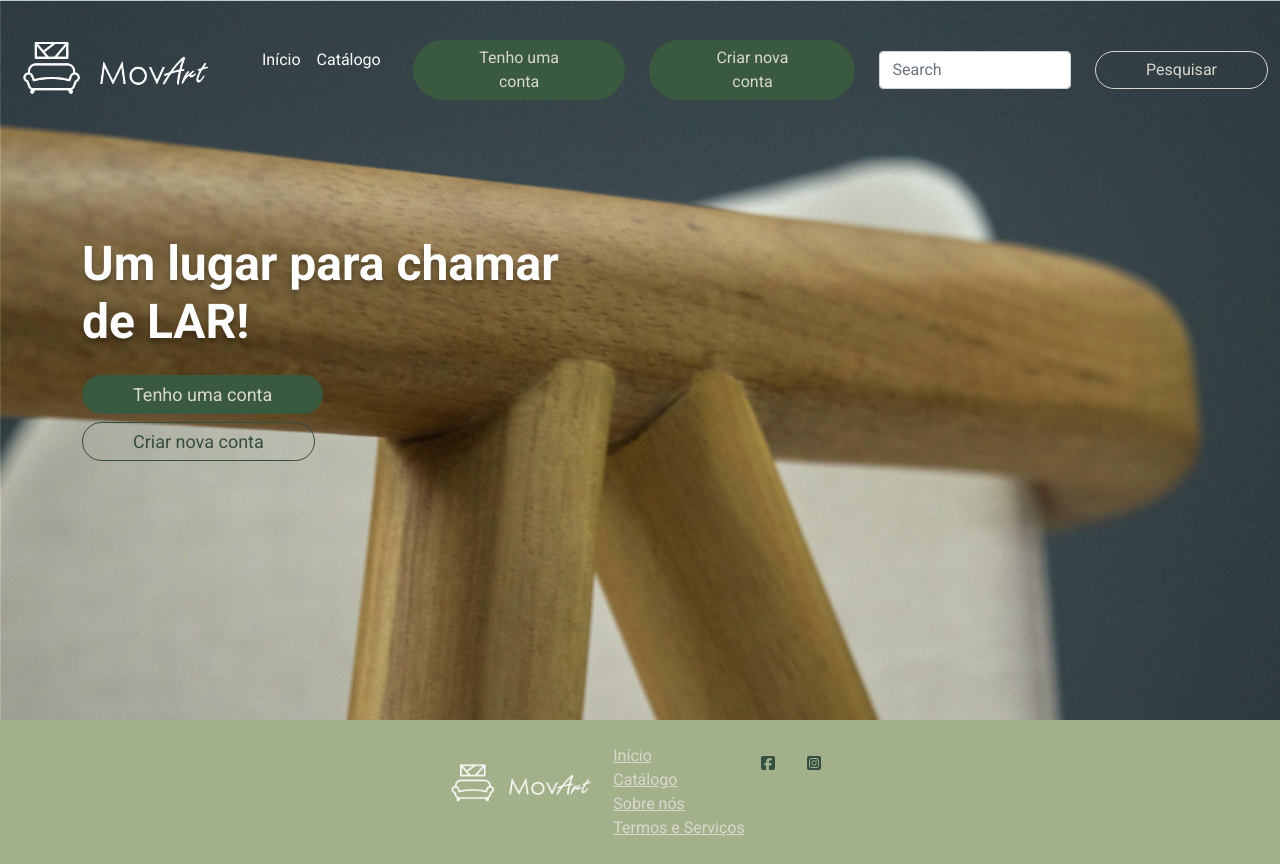
Repository: telesbp/Projeto-4-e-Projeto-5
Page: / (app in front-end/)
An editor plug-in stored every save of this project. The page is shown before and after the next save, followed by the edit.
The browser window is 1280 px wide. The pictures show the whole page.
The project was rebuilt for these pictures with package versions that can differ from the ones it lists, and the page was loaded fresh each time.

Above is the page before, as saved 2022-07-17 21:55:39.

### front-end/public/index.html
<!DOCTYPE html>
<html lang="pt-BR">
  <head>
    <meta charset="utf-8" />
    <link rel="icon" href="%PUBLIC_URL%/favicon.ico" />
    <meta name="viewport" content="width=device-width, initial-scale=1" />
    <meta name="theme-color" content="#000000" />
    <meta
      name="description"
      content="Seu negócio automatizado!"
    />
    <link rel="apple-touch-icon" href="%PUBLIC_URL%/logo192.png" />
    <!--
      manifest.json provides metadata used when your web app is installed on a
      user's mobile device or desktop. See https://developers.google.com/web/fundamentals/web-app-manifest/
    -->
    <link rel="manifest" href="%PUBLIC_URL%/manifest.json" />
    <!--
      Notice the use of %PUBLIC_URL% in the tags above.
      It will be replaced with the URL of the `public` folder during the build.
      Only files inside the `public` folder can be referenced from the HTML.

      Unlike "/favicon.ico" or "favicon.ico", "%PUBLIC_URL%/favicon.ico" will
      work correctly both with client-side routing and a non-root public URL.
      Learn how to configure a non-root public URL by running `npm run build`.
    -->
    <title>Stagio</title>

    <link rel="preconnect" href="https://fonts.googleapis.com">
    <link rel="preconnect" href="https://fonts.gstatic.com" crossorigin>
    <link href="https://fonts.googleapis.com/css2?family=Roboto:wght@400;700&display=swap" rel="stylesheet">
  </head>
  <body>
    <noscript>You need to enable JavaScript to run this app.</noscript>
    <div id="root"></div>
    <!--
      This HTML file is a template.
      If you open it directly in the browser, you will see an empty page.

      You can add webfonts, meta tags, or analytics to this file.
      The build step will place the bundled scripts into the <body> tag.

      To begin the development, run `npm start` or `yarn start`.
      To create a production bundle, use `npm run build` or `yarn build`.
    -->
  </body>
</html>

### front-end/src/index.tsx
import React from 'react';
import ReactDOM from 'react-dom/client';
import App from './App';
import 'bootstrap/dist/css/bootstrap.min.css';
import { BrowserRouter } from 'react-router-dom';
import 'react-toastify/dist/ReactToastify.css';
import { ToastContainer } from 'react-toastify';
import { GlobalStyle } from './assets/css/global';

const root = ReactDOM.createRoot(
  document.getElementById('root') as HTMLElement
);
root.render(
  <React.StrictMode>
    <BrowserRouter>
    <GlobalStyle/>
      <App />
      <ToastContainer/>
    </BrowserRouter>
  </React.StrictMode>
);

### front-end/src/App.tsx
import { HomeView } from "./views/Home";

function App() {
  return (
    <HomeView/>
  );
}

export default App;

### front-end/src/assets/css/global.ts
import { createGlobalStyle } from "styled-components";

export const GlobalStyle = createGlobalStyle`
    body{
       font-family: 'Roboto', sans-serif;
    }
`

### front-end/src/views/Home/index.tsx
import { Container } from "react-bootstrap";
import styled from "styled-components";
import bgSite from "../../assets/img/cadeira1.png"
import { CustomButton } from "../../components/CustomButton";
import { Layout } from "../../components/Layout";

export function HomeView(){
    return(
        <Layout>
            <Banner className="vh-100">
                <Container className="h-100 d-flex flex-column justify-content-center align-items-center align-items-lg-start">
                    <Title className="text-center text-white text-lg-start mt-auto mt-lg-0 ">Um lugar para chamar de LAR!</Title>
                    <CustomButton size="lg" to="login" variant="primary" className="mt-auto mt-lg-3 mb-2">Tenho uma conta</CustomButton>
                    <CustomButton size="lg" to="cadastro" variant="outline-primary" className="mb-4">Criar nova conta</CustomButton>
                </Container>
            </Banner>
        </Layout>
    )
}

const Banner = styled.div`
    background: url(${bgSite}) no-repeat center center;
    background-size: cover;
`
const Title = styled.h1`
    font-size: 2.25rem;
    font-weight: bold;
    text-shadow: 0 4px 4px rgba(0, 0, 0, 0.25);
    @media (min-width: 992px){
        font-size: 3rem;
        max-width: 500px;
    }
`

### front-end/src/components/CustomButton/index.tsx
import { Button, ButtonProps, Spinner } from "react-bootstrap";
import { LinkContainer } from "react-router-bootstrap";
import styled from "styled-components";

type Props = ButtonProps & {
    loading?: boolean
    to?: string
}

export function CustomButton({children, loading, to, ...otherProps}: Props) {
    const button = (
        <ButtonStyled {...otherProps}>
            {loading && (
                <Spinner animation="border" role="status" size="sm" className="me-2">
                    <span className="visually-hidden">Carregando...</span>
                </Spinner>
            )}
            {children}
        </ButtonStyled>
    )
    if (to){
        return(
            <LinkContainer to={to}>
                {button}
            </LinkContainer>
        )
    }
    return button
}
const ButtonStyled = styled(Button)`
    border-radius: 50px;
    font-weight: 500;
    padding:5px 50px 5px 50px;
    ${props => props.size ==='lg' && `
        font-size: 1.125rem;
    `}
    ${props => (props.variant === "primary" || !props.variant) && `
        background-color: #3A5A40;
        border-color: #3A5A40;
        color: #DAD7CD!important;
        &:hover {
            background-color: #344E41;
            border-color: #344E41;
        }
    `}
    ${props => (props.variant === "outline-primary" || !props.variant) && `
        border-color: #344E41;
        color: #344E41;
        &:hover {
            background-color: #344E41;
            border-color: #344E41;
            color: #DAD7CD;
        }
    `}
    ${props => (props.variant === "outline-secundary" || !props.variant) && `
        border-color: #DAD7CD;
        color: #DAD7CD;
        &:hover {
            background-color: #344E41;
            border-color: #344E41;
            color: #DAD7CD;
        }
    `}
`

### front-end/src/components/Layout/index.tsx
import { Footer } from "./Footer"
import { Header } from "./Header"

type Props = {
    children: React.ReactNode
}
export const Layout: React.FC<Props> = ({children}) => {
    return (
        <>
            <Header/>
            {children}
            <Footer/>
        </>
    )
}

### front-end/src/components/Layout/Footer.tsx
import { faFacebookSquare, faInstagramSquare } from "@fortawesome/free-brands-svg-icons";
import { FontAwesomeIcon } from "@fortawesome/react-fontawesome";
import { Container, Nav } from "react-bootstrap";
import { Link } from "react-router-dom";
import styled from "styled-components";
import LogoBrand from "../../assets/img/logobranca.png"

export function Footer () {
    return(
        <FooterStyled>
            <Container className="d-flex p-4 justify-content-center">
                <img src={LogoBrand} alt="MovArt" width={170} height={80}/>
                <Nav className="flex-column mx-6">
                    <NavLinkTitleStyled  as={Link} to="/">Início</NavLinkTitleStyled >
                    <NavLinkTitleStyled  as={Link} to="/">Catálogo</NavLinkTitleStyled >
                    <NavLinkTitleStyled  as={Link} to="/">Sobre nós</NavLinkTitleStyled >
                    <NavLinkTitleStyled  as={Link} to="/">Termos e Serviços</NavLinkTitleStyled >
                </Nav>
                <Nav>
                    <Nav.Link href="http://facebook.com" target="_blank">
                        <FontAwesomeIconStyle icon={faFacebookSquare} />
                    </Nav.Link>
                    <Nav.Link href="http://instagram.com" target="_blank">
                        <FontAwesomeIconStyle icon={faInstagramSquare} />
                    </Nav.Link>
                </Nav>
            </Container>
        </FooterStyled>
    )
}

const FooterStyled = styled.footer`
    background: #A3B18A;
`
const NavLinkTitleStyled = styled(Nav.Link)`
    color:#DAD7CD;
`
const FontAwesomeIconStyle = styled(FontAwesomeIcon)`
    color: #344E41;
`

### front-end/src/components/Layout/Header.tsx
import { faBarsStaggered } from "@fortawesome/free-solid-svg-icons";
import { FontAwesomeIcon } from "@fortawesome/react-fontawesome";
import { useEffect, useState } from "react";
import { Container, Form, Nav, Navbar } from "react-bootstrap";
import { Link } from "react-router-dom";
import styled from "styled-components";
import LogoBrand from "../../assets/img/logobranca.png"
import LogoBrandBlack from "../../assets/img/logopreta.png"
import { CustomButton } from "../CustomButton";

export function Header() {
    const [isTransparent, setIsTransparent] = useState(true)
    useEffect(() => {
        const scrollChange = () => {
            const isLowScroll = window.scrollY < 60
            if (isLowScroll !== isTransparent){
            setIsTransparent(isLowScroll)
        }
        }
        window.addEventListener("scroll", scrollChange)
        return () => {
            window.removeEventListener("scroll", scrollChange)
        }
    },[isTransparent])
    return(
        <Navbar fixed="top" expand="lg" bg={isTransparent ? undefined : "white"} >
        <Container fluid>
          <Navbar.Brand to="/" as={Link}>
            <ImageStyle src={isTransparent ? LogoBrand : LogoBrandBlack} alt="MovArt" width={170} height={80}/>
          </Navbar.Brand>
          <NavBarToggleStyled aria-controls="basic-navbar-nav">
            <FontAwesomeIcon icon={faBarsStaggered}  className={isTransparent ? "text-white" : "text-dark"} size="lg" />
            </NavBarToggleStyled>
        <NavBarCollapseStyled id="basic-navbar-nav">
          <Nav className="ms-auto">
            <NavLinkStyled forwardedAs={Link} to="/" className="justify-contend-center text-center">Início</NavLinkStyled>
            <NavLinkStyled forwardedAs={Link} to="/catálogo" className="justify-contend-center text-center">Catálogo</NavLinkStyled>
            <CustomButton className="mt-2 mt-lg-0 ms-lg-4" variant="primary">Tenho uma conta</CustomButton>
            <CustomButton className="mt-2 mt-lg-0 ms-lg-4" variant="primary">Criar nova conta</CustomButton>
        </Nav>
            <Form className="d-flex">
              <Form.Control
                type="search"
                placeholder="Search"
                className="mt-2 mt-lg-0 ms-lg-4"
                aria-label="Search"
              />
              <CustomButton variant={isTransparent ? "outline-secundary" : "outline-primary" } className="mt-2 mt-lg-0 ms-lg-4">Pesquisar</CustomButton>
            </Form>
          </NavBarCollapseStyled>
        </Container>
      </Navbar>
    )
}
const NavBarToggleStyled = styled(Navbar.Toggle)`
    border:none;
`

const NavBarCollapseStyled = styled(Navbar.Collapse)`
   @media (max-width: 991px) {
   background-color:#fafafa ;
    margin: 0 -12px;
    padding: 1rem 2rem;
}
`
const NavLinkStyled = styled(Nav.Link)`
    @media (min-width: 992px){
        color: #fafafa!important;
    }

`
const ImageStyle = styled.img`
    @media (min-width: 992px){
       width: 226px;
       height: auto;
    }
`

After the next save:
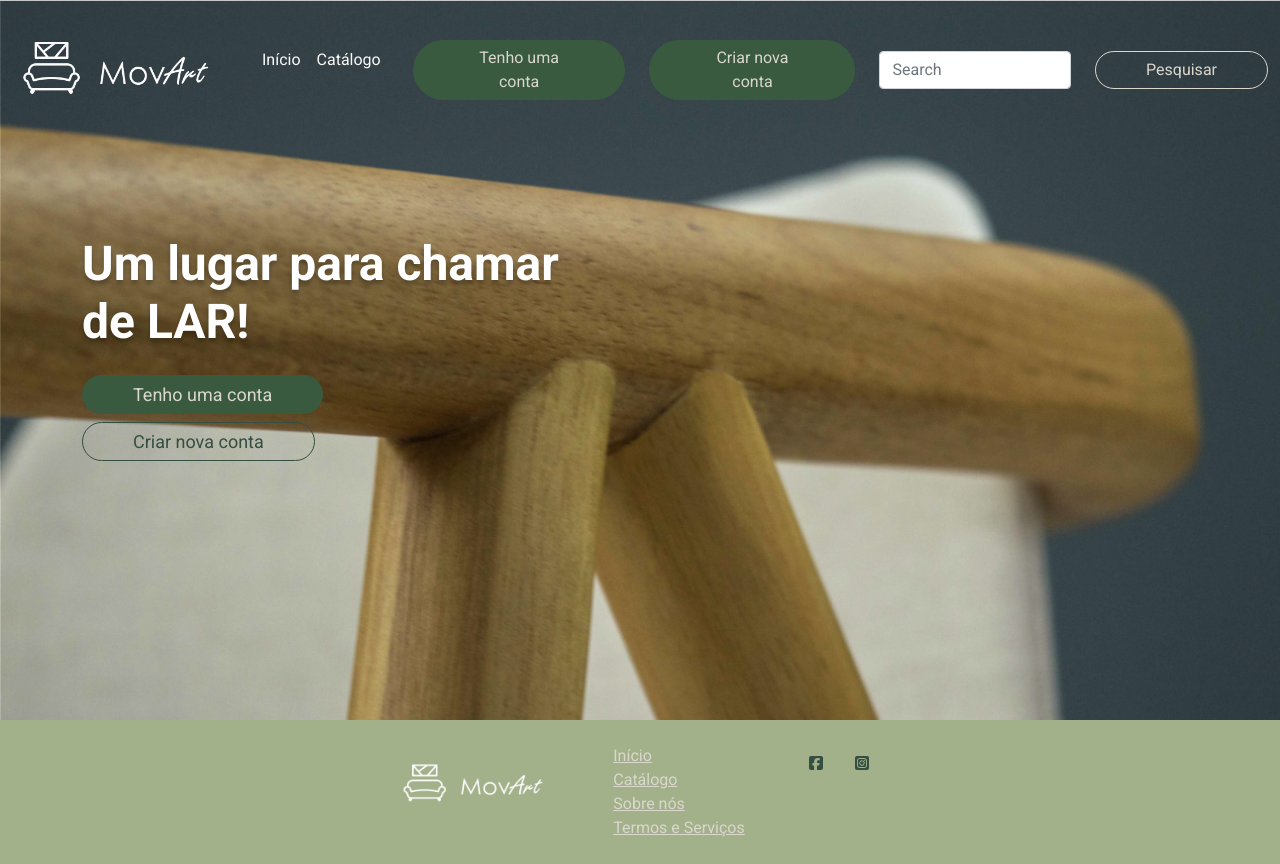
Saved 4 s later.
--- a/front-end/src/components/Layout/Footer.tsx
+++ b/front-end/src/components/Layout/Footer.tsx
@@ -10,7 +10,7 @@ export function Footer () {
         <FooterStyled>
             <Container className="d-flex p-4 justify-content-center">
                 <img src={LogoBrand} alt="MovArt" width={170} height={80}/>
-                <Nav className="flex-column mx-6">
+                <Nav className="flex-column mx-5">
                     <NavLinkTitleStyled  as={Link} to="/">Início</NavLinkTitleStyled >
                     <NavLinkTitleStyled  as={Link} to="/">Catálogo</NavLinkTitleStyled >
                     <NavLinkTitleStyled  as={Link} to="/">Sobre nós</NavLinkTitleStyled >
